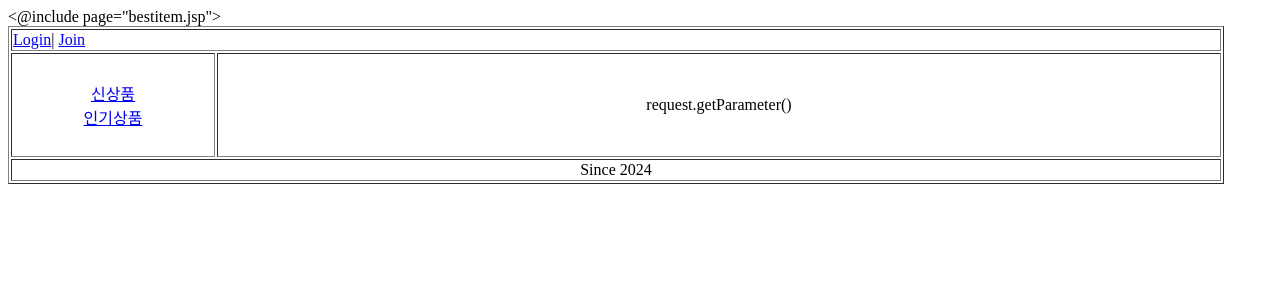
Repository: BancaKim/teamproject4
Page: http://localhost/JspDay3/Template/template.jsp
The author's editor kept a copy of each file at every save. The page is drawn from the files as they stood at one save, then again after the next save.
The browser window is 1280 px wide. The pictures show the whole page.
The page is served by Tomcat 9.

Above is the page before, as saved 2024-05-02 03:41:23.

After the next save:
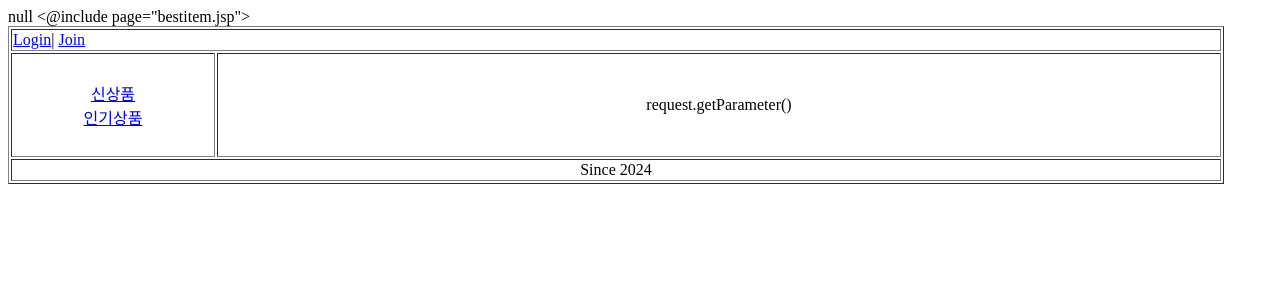
Saved 33 s later.
--- a/JspDay3/src/main/webapp/Template/template.jsp
+++ b/JspDay3/src/main/webapp/Template/template.jsp
@@ -9,7 +9,7 @@
 <body>
     <%
         String select = request.getParameter("page");
-
+ 		out.print(select);
         if (select == null) {
             select = "bestitem.jsp";
         }
